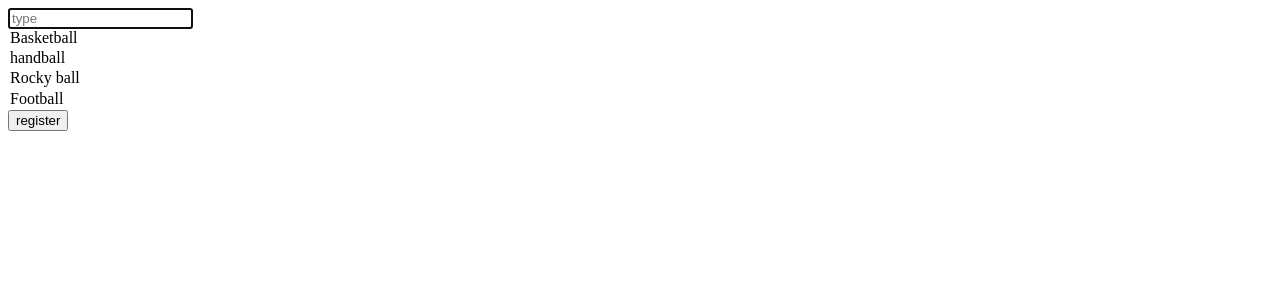
Repository: clovis739/python-_sample2
Page: http://localhost/
The author's editor kept a copy of each file at every save. The page is drawn from the files as they stood at one save, then again after a run of saves.
The browser window is 1280 px wide. The pictures show the whole page.
The page is served by the project's application, run on Flask 3 (csx/app.py).

Above is the page before, as saved 2024-03-02 16:29:18.

### csx/templates/success.html
<!DOCTYPE html>
<html lang="en">
<head>
    <meta charset="UTF-8">
    <meta name="viewport" content="width=device-width, initial-scale=1.0">
    <title>Document</title>
</head>
<body>
    <form action="/register" method="post">
        <input autocomplete="off" autofocus name="name" placeholder="type" type="text">
        <section>
            <option value="basketbal">Basketball</option>
            <option value="handball">handball</option>
            <option value="Rocky ball">Rocky ball</option>
            <option value="Footbal">Football</option>
        </section>
<button type="submit">register</button>
    </form>
</body>
</html>

### csx/app.py
from flask import Flask , render_template, request

app = Flask(__name__)

@app.route("/")
def index():

    return render_template("success.html")


# @app.route("/greet",methods=["GET", "POST"])
# def greet():
#     return render_template("greet.html", name = request.args.get("name"))

# @app.register("/register", methods=["POST", "GET"])
# def register():
#     return render_template("success.html")
app.run(debug=True)

After the next 2 saves:
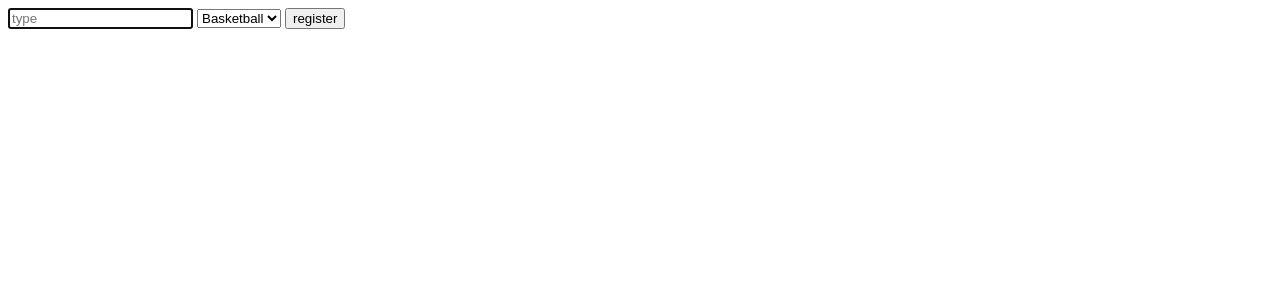
The 2 saves are shown as one change because they came seconds apart.
The last was saved 2 min 18 s later.
--- a/csx/templates/success.html
+++ b/csx/templates/success.html
@@ -8,12 +8,12 @@
 <body>
     <form action="/register" method="post">
         <input autocomplete="off" autofocus name="name" placeholder="type" type="text">
-        <section>
+        <select>
             <option value="basketbal">Basketball</option>
             <option value="handball">handball</option>
             <option value="Rocky ball">Rocky ball</option>
             <option value="Footbal">Football</option>
-        </section>
+        </select>
 <button type="submit">register</button>
     </form>
 </body>
